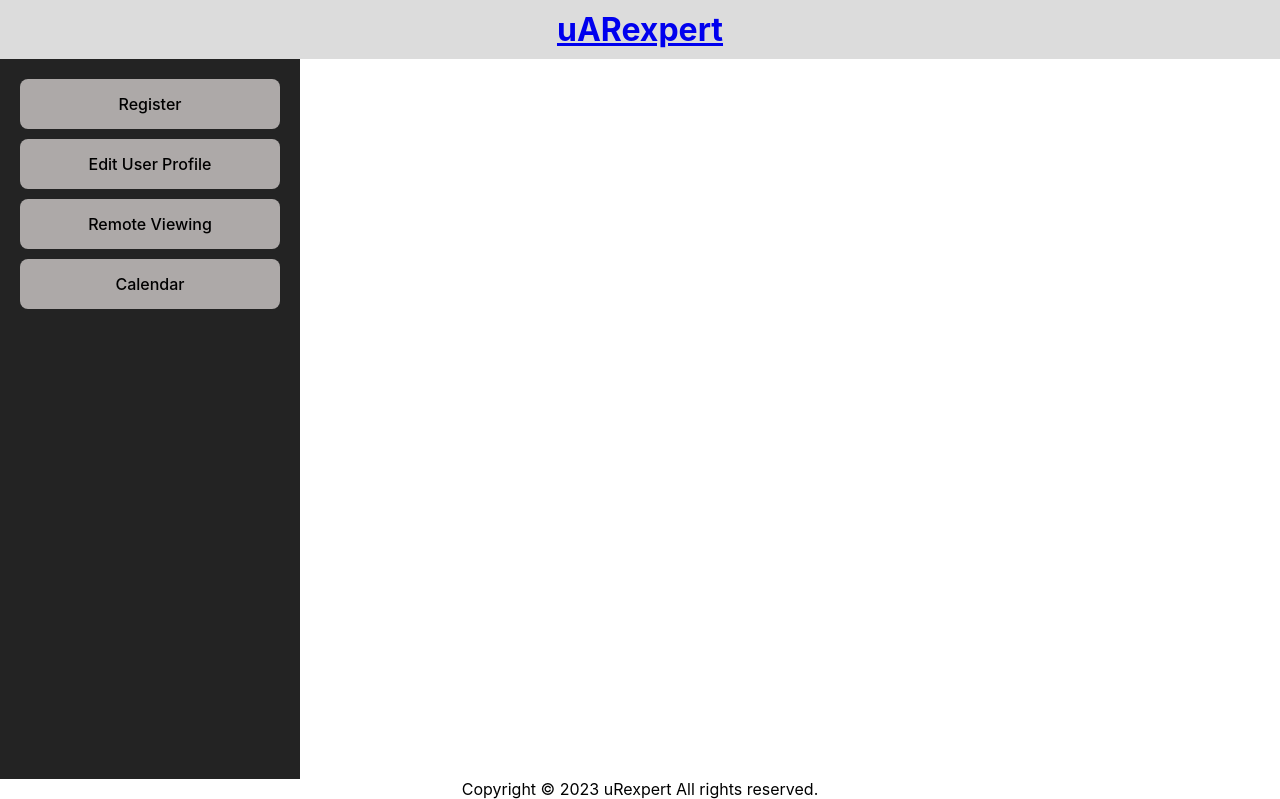
Repository: onionNguyen/Senior-Design-Project
Page: / (app in frontend/)
The author's editor kept a copy of each file at every save. The page is drawn from the files as they stood at one save, then again after the next save.
The browser window is 1280 px wide. The pictures show the whole page.
The page's requests for data from a server got no answer. The project was rebuilt for these pictures with package versions that can differ from the ones it lists, and the page was loaded fresh each time. No one was signed in, and anything a server would have sent is missing. Also part of the build but not shown: frontend/src/components/form/Form.module.css, frontend/src/components/form/Input.js, frontend/src/components/pages/edit-user-profile/EditProfile.module.css, frontend/src/components/form/IndicatesRequired.js, frontend/src/components/form/MessageRibbon.js, frontend/src/components/pages/edit-user-profile/EditProfile.js, frontend/src/components/pages/login/Login.module.css, frontend/src/components/pages/login/Login.js and 7 more.

Above is the page before, as saved 2023-10-27 01:24:14.

After the next save:
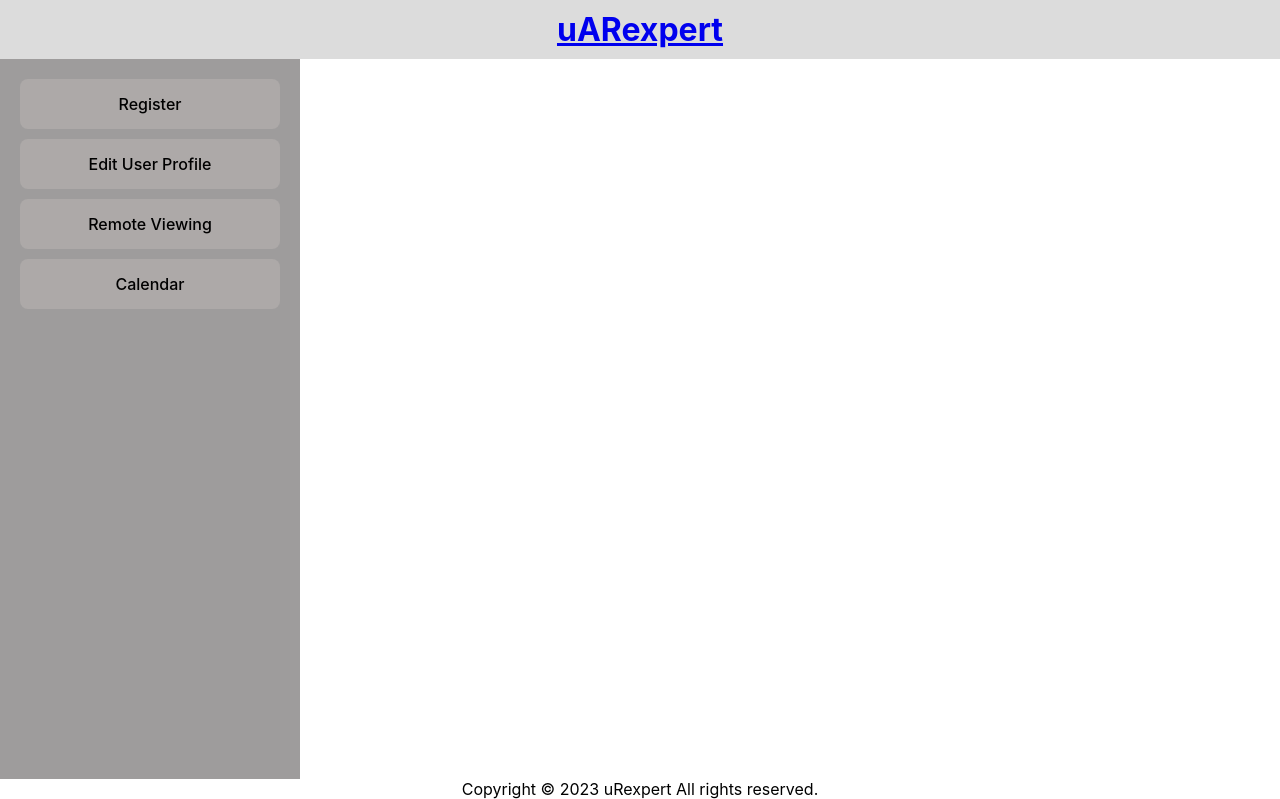
Saved 35 s later.
--- a/frontend/src/components/sidenav/SideNav.module.css
+++ b/frontend/src/components/sidenav/SideNav.module.css
@@ -5,7 +5,7 @@
   z-index: 1;
   top: 0;
   left: 0;
-  background-color: #232323; /* Darker color for contrast */
+  background-color: #9e9c9c; /* Darker color for contrast */
   transition: 0.5s ease;
   overflow-x: hidden;
   padding: 20px;

After the save that followed:
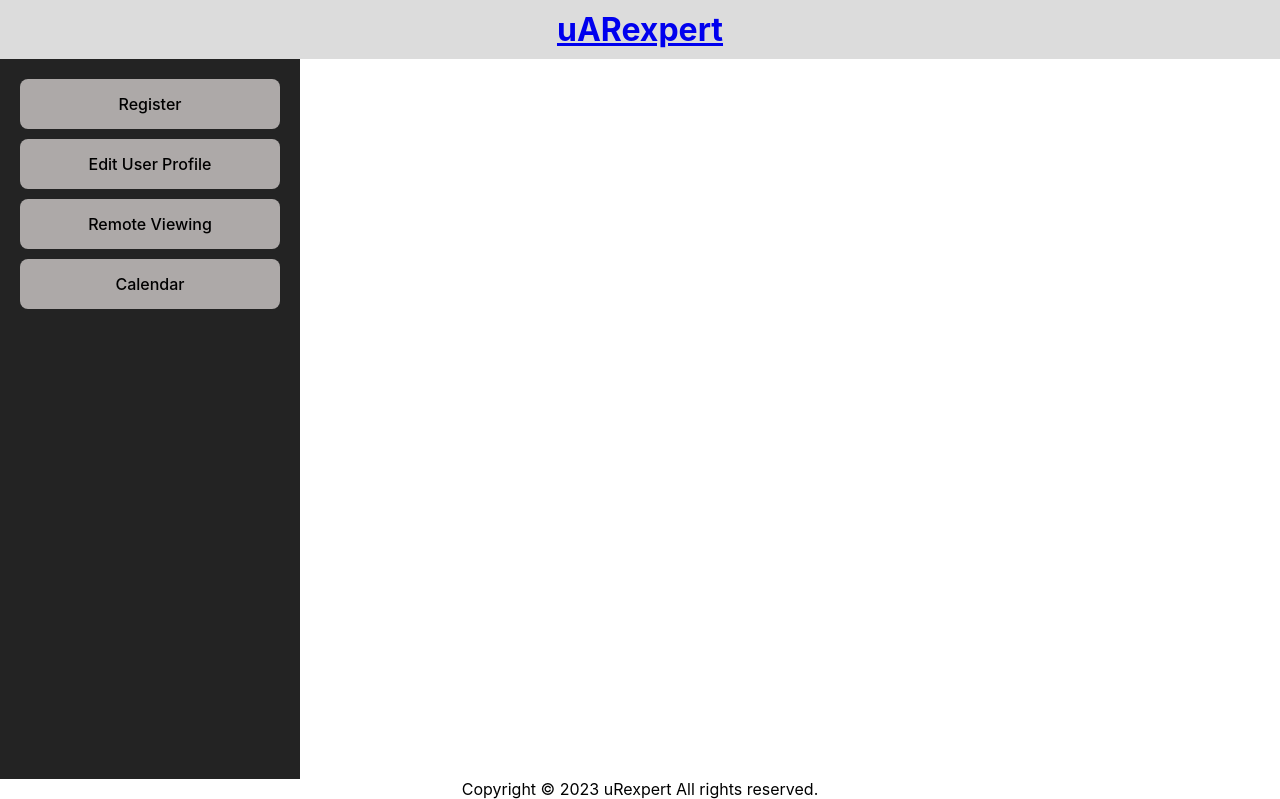
Saved 6 s later.
--- a/frontend/src/components/sidenav/SideNav.module.css
+++ b/frontend/src/components/sidenav/SideNav.module.css
@@ -5,7 +5,7 @@
   z-index: 1;
   top: 0;
   left: 0;
-  background-color: #9e9c9c; /* Darker color for contrast */
+  background-color: #232323; /* Darker color for contrast */
   transition: 0.5s ease;
   overflow-x: hidden;
   padding: 20px;
